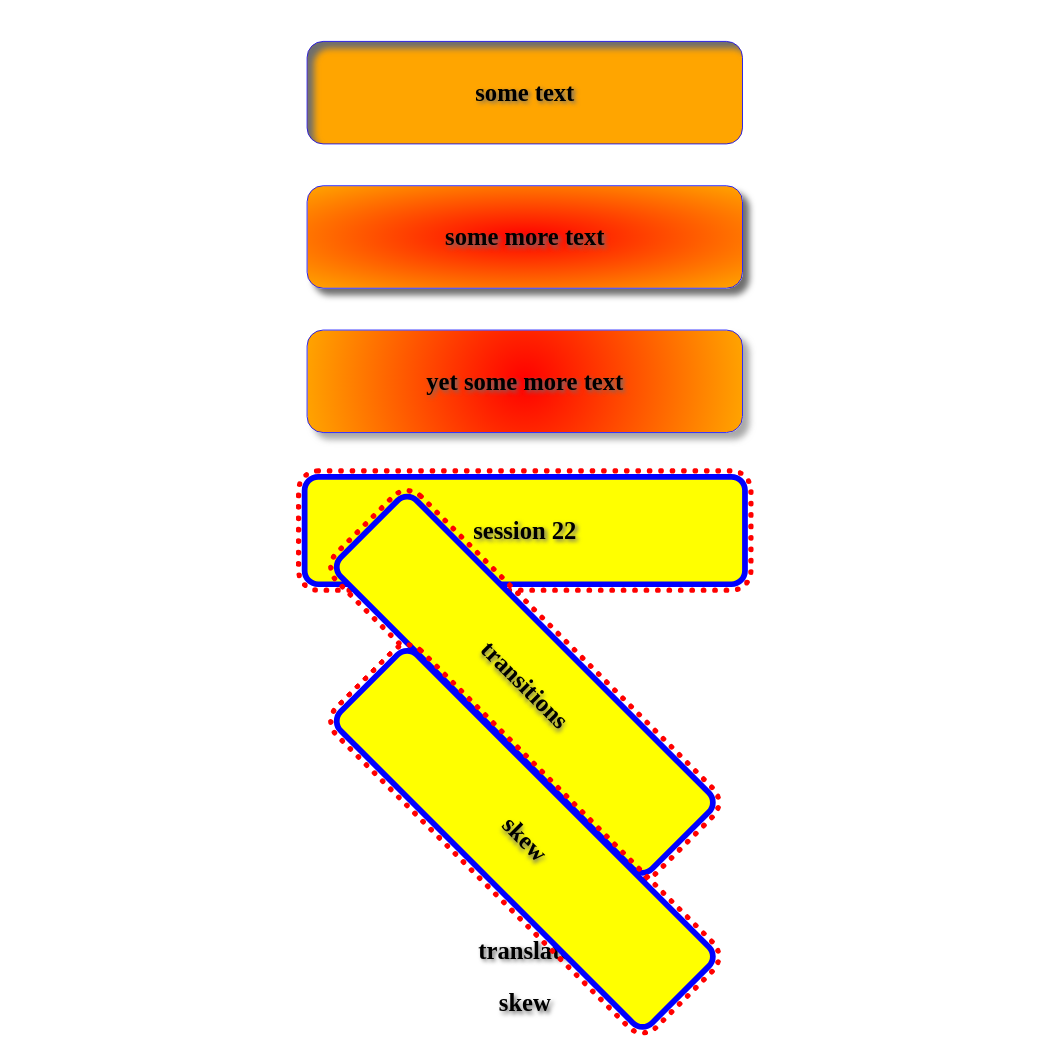
Repository: jksfoTemp/html-css-js
Page: -HTML5/html5Demos/default.8.html
The author's editor kept a record of every edit. The page is drawn from the files as they stood at one moment, then again after the next edit.
The browser window is 1280 px wide. The pictures show the whole page, at 82% of full size.

Above is the page before.

After the next edit:
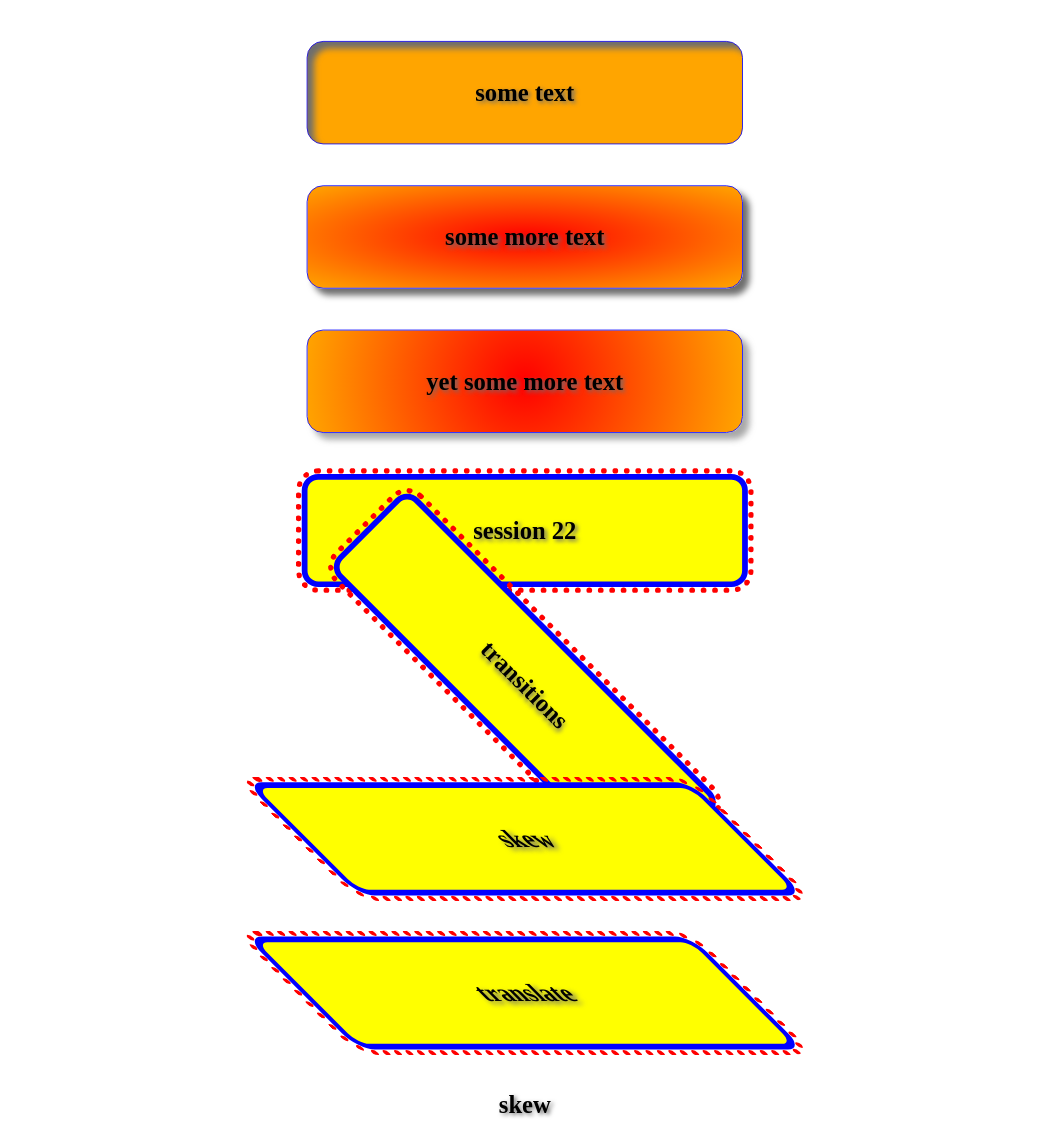
The edit:
--- a/-HTML5/css/default.8.css
+++ b/-HTML5/css/default.8.css
@@ -84,11 +84,20 @@
     background: yellow;
     border-radius: 20px;
     outline: 7px dotted red;
-    /*-webkit-transform:scale(1.5);
-    -webkit-transform:scale(1, 3);
-    -webkit-transform:scale(-1,1);*/
-    -webkit-transform:rotate(45deg);
+    -webkit-transform:skew(45deg);
+}
 
+#box7 {
+    display:  box;
+    width: 500px;
+    margin: 50px auto;
+    padding: 15px;
+    text-align: center;
+    border: 7px solid blue;
+    background: yellow;
+    border-radius: 20px;
+    outline: 7px dotted red;
+    -webkit-transform:skew(45deg);
 }
 
 #text{
